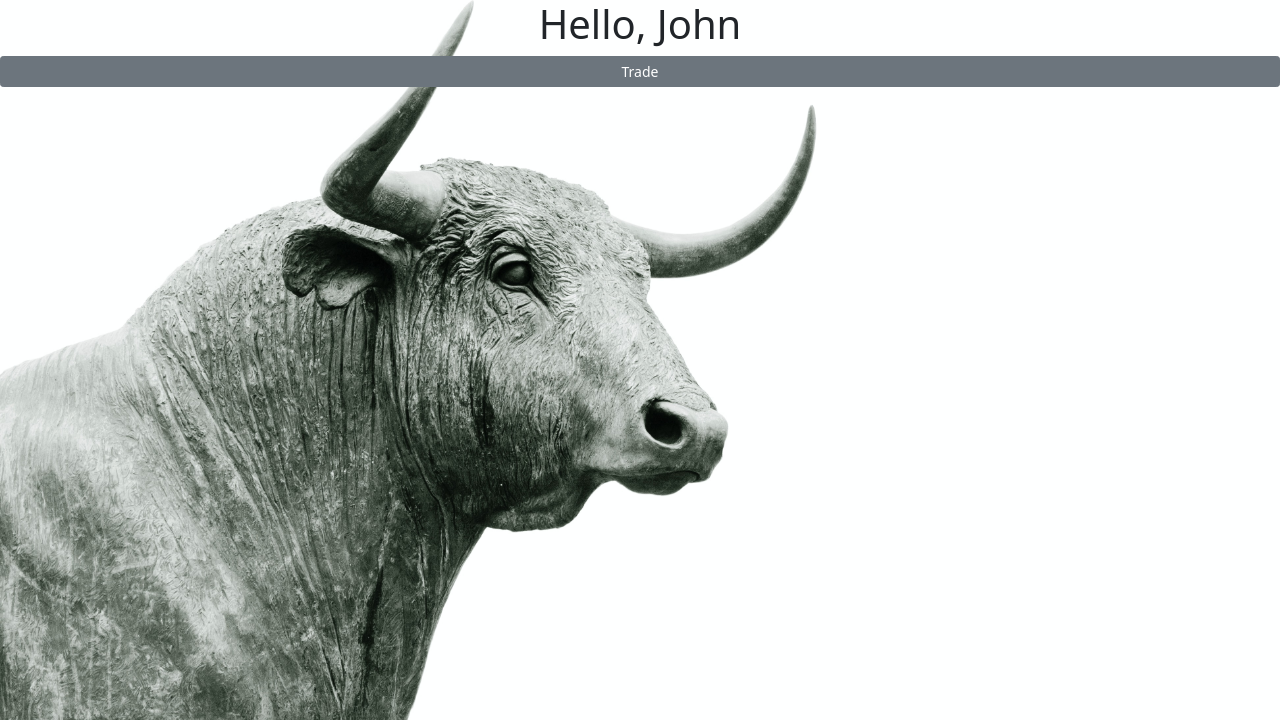
Repository: jmokate/stock-trading-app
Page: /
These files come from the project's save history. The page is drawn as it stood at one moment and after the next save; the edit follows.
The browser window is 1280 px wide. The pictures show the whole page.
The project was rebuilt for these pictures with package versions that can differ from the ones it lists, and the page was loaded fresh each time. Also part of the build but not shown: src/Signup.js, src/Login.js, src/SplashPage.js.

Above is the page before, as saved 2021-09-18 16:00:14.

After the next save:
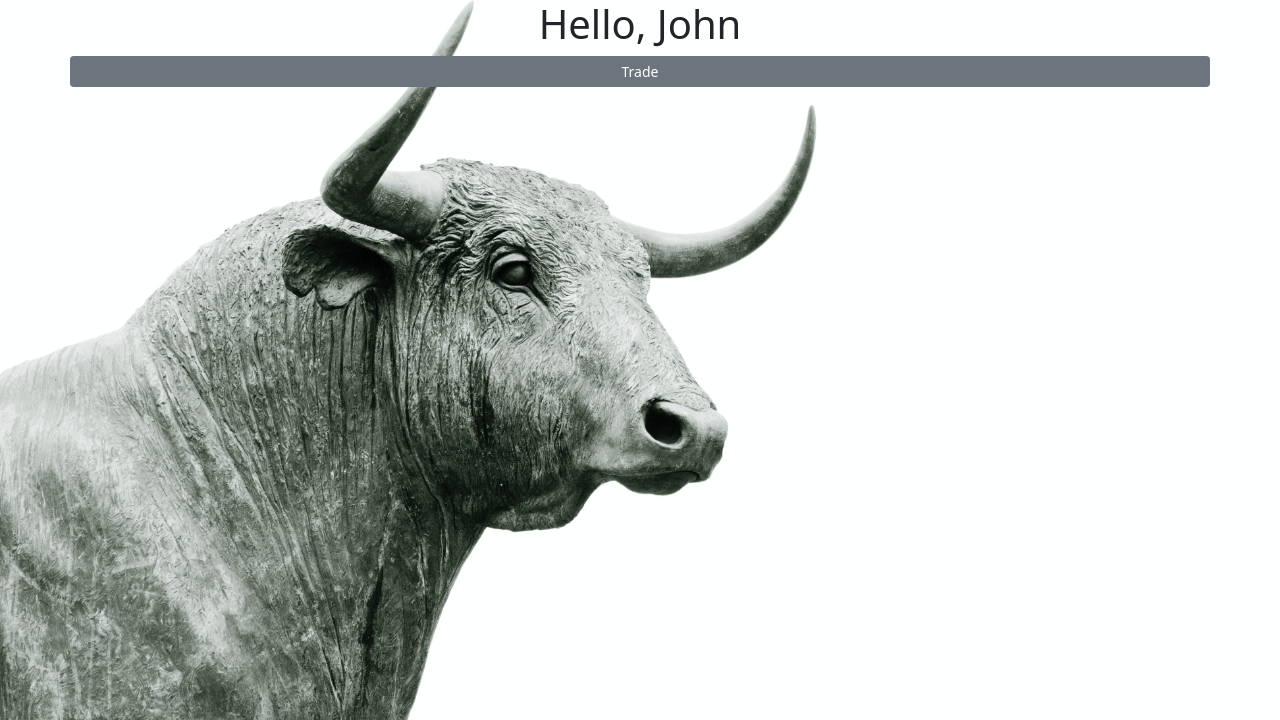
Saved 11 min 6 s later.
--- a/src/Dashboard.js
+++ b/src/Dashboard.js
@@ -6,7 +6,7 @@
 function Dashboard() {
 
   return (
-    <Container fluid>
+    <Container>
       <Row>
         <h1 className="text-center">Hello, John</h1>
       </Row>
